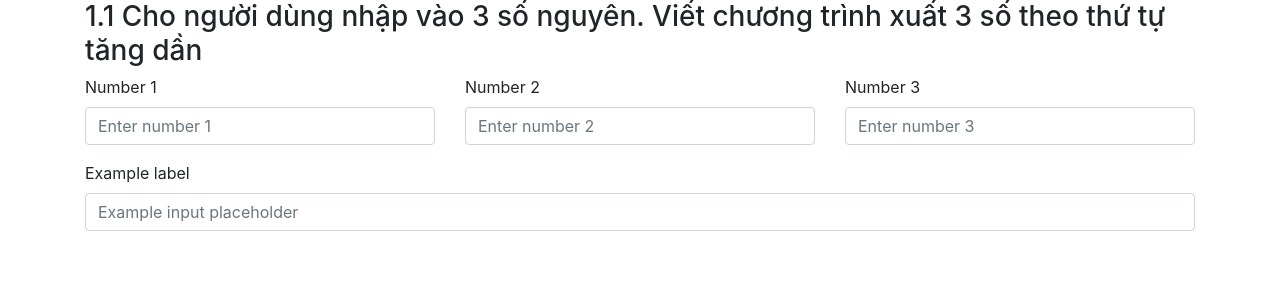
Repository: baobaodeveloper/bootscamp21__jsbasic__HuynhAnhBao
Page: index.html
The author's editor kept a copy of each file at every save. The page is drawn from the files as they stood at one save, then again after a run of saves.
The browser window is 1280 px wide. The pictures show the whole page.

Above is the page before, as saved 2022-03-09 23:05:12.

### index.html
<!DOCTYPE html>
<html lang="en">
  <head>
    <title>javaScript basic</title>
    <!-- Required meta tags -->
    <meta charset="utf-8" />
    <meta
      name="viewport"
      content="width=device-width, initial-scale=1, shrink-to-fit=no"
    />

    <!-- Bootstrap CSS -->
    <link
      rel="stylesheet"
      href="https://stackpath.bootstrapcdn.com/bootstrap/4.3.1/css/bootstrap.min.css"
      integrity="sha384-ggOyR0iXCbMQv3Xipma34MD+dH/1fQ784/j6cY/iJTQUOhcWr7x9JvoRxT2MZw1T"
      crossorigin="anonymous"
    />
  </head>
  <body>
    <div class="container">
      <h3>
        1.1 Cho người dùng nhập vào 3 số nguyên. Viết chương trình xuất 3 số
        theo thứ tự tăng dần
      </h3>

      <div class="row">
        <div class="col">
          <label class="form-label">Number 1</label>
          <input
            type="number"
            class="form-control"
            placeholder="Enter number 1"
          />
        </div>
        <div class="col">
          <label class="form-label">Number 2</label>
          <input
            type="number"
            class="form-control"
            placeholder="Enter number 2"
          />
        </div>
        <div class="col">
          <label class="form-label">Number 3</label>
          <input
            type="number"
            class="form-control"
            placeholder="Enter number 3"
          />
        </div>
      </div>

      <div class="mt-3">
        <label for="formGroupExampleInput" class="form-label"
          >Example label</label
        >
        <input
          type="text"
          class="form-control"
          id="formGroupExampleInput"
          placeholder="Example input placeholder"
        />
      </div>
    </div>
    <!-- Optional JavaScript -->
    <!-- jQuery first, then Popper.js, then Bootstrap JS -->
    <script
      src="https://code.jquery.com/jquery-3.3.1.slim.min.js"
      integrity="sha384-q8i/X+965DzO0rT7abK41JStQIAqVgRVzpbzo5smXKp4YfRvH+8abtTE1Pi6jizo"
      crossorigin="anonymous"
    ></script>
    <script
      src="https://cdnjs.cloudflare.com/ajax/libs/popper.js/1.14.7/umd/popper.min.js"
      integrity="sha384-UO2eT0CpHqdSJQ6hJty5KVphtPhzWj9WO1clHTMGa3JDZwrnQq4sF86dIHNDz0W1"
      crossorigin="anonymous"
    ></script>
    <script
      src="https://stackpath.bootstrapcdn.com/bootstrap/4.3.1/js/bootstrap.min.js"
      integrity="sha384-JjSmVgyd0p3pXB1rRibZUAYoIIy6OrQ6VrjIEaFf/nJGzIxFDsf4x0xIM+B07jRM"
      crossorigin="anonymous"
    ></script>
  </body>
</html>

After the next 2 saves:
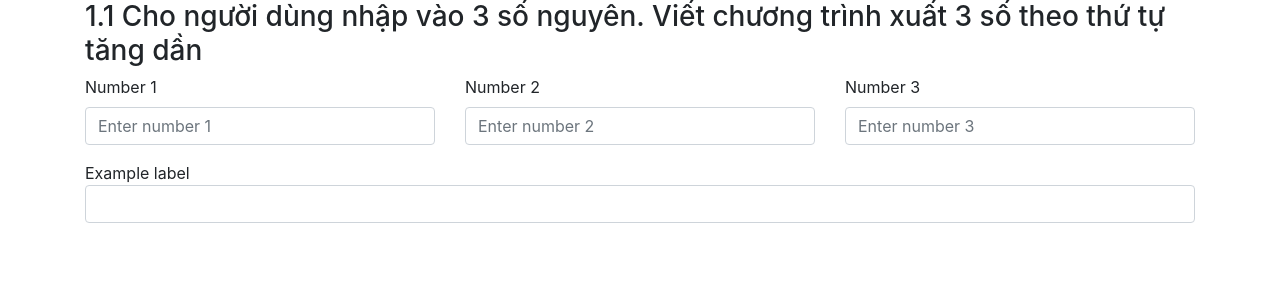
The 2 saves are shown as one change because they came seconds apart.
The last was saved 31 s later.
--- a/index.html
+++ b/index.html
@@ -52,14 +52,13 @@
       </div>
 
       <div class="mt-3">
-        <label for="formGroupExampleInput" class="form-label"
-          >Example label</label
+        <labelclass="form-label"
+          >Example label</labelclass=
         >
         <input
           type="text"
           class="form-control"
-          id="formGroupExampleInput"
-          placeholder="Example input placeholder"
+
         />
       </div>
     </div>
